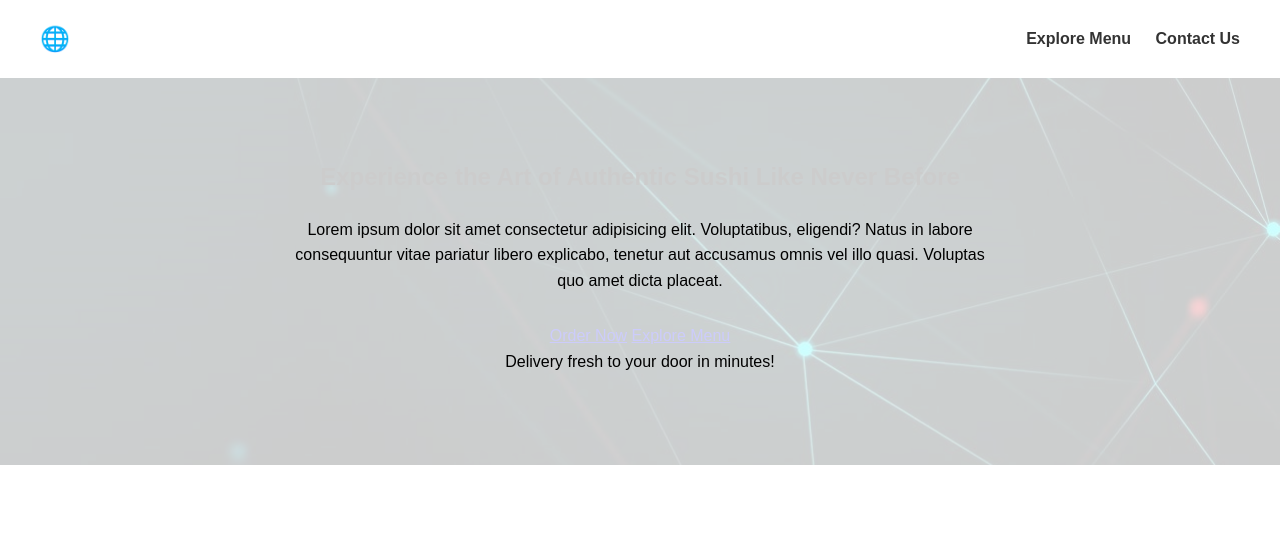
Repository: Femi007-gh/experience
Page: index.html
These files come from the project's save history. The page is drawn as it stood at one moment and after a run of saves; the edit follows.
The browser window is 1280 px wide. The pictures show the whole page.

Above is the page before, as saved 2025-01-16 06:54:07.

After the next 3 saves:
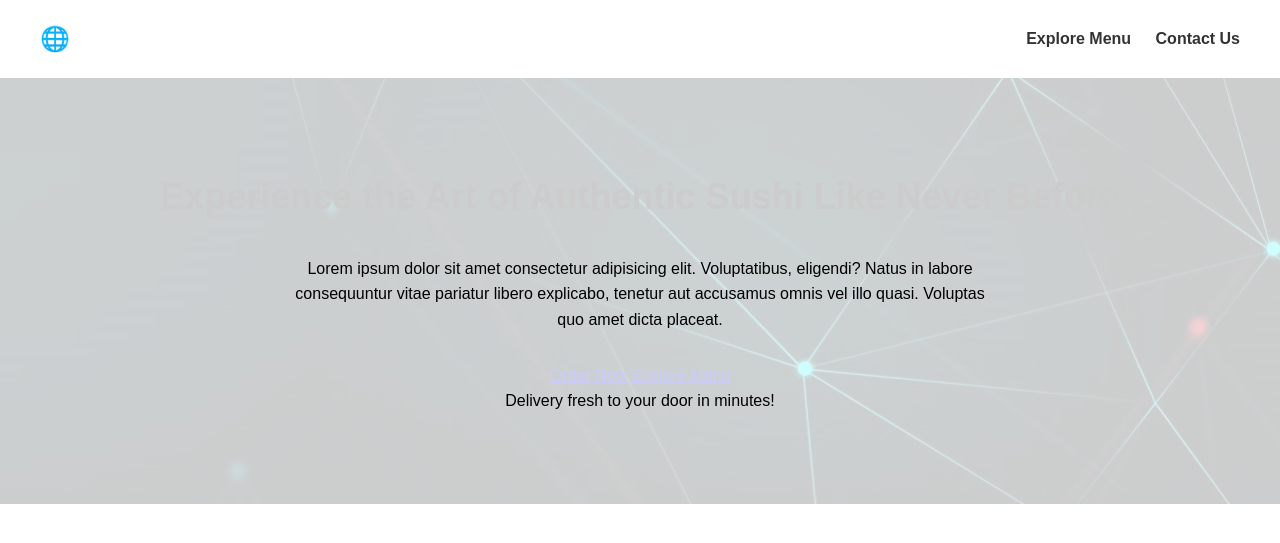
The 3 saves are shown as one change because they came seconds apart.
The last was saved 10 s later.
--- a/style.css
+++ b/style.css
@@ -49,6 +49,7 @@ header nav a:hover {
 }
 
 .hero h1 {
+  font-size: 36px;
 
 }
 
